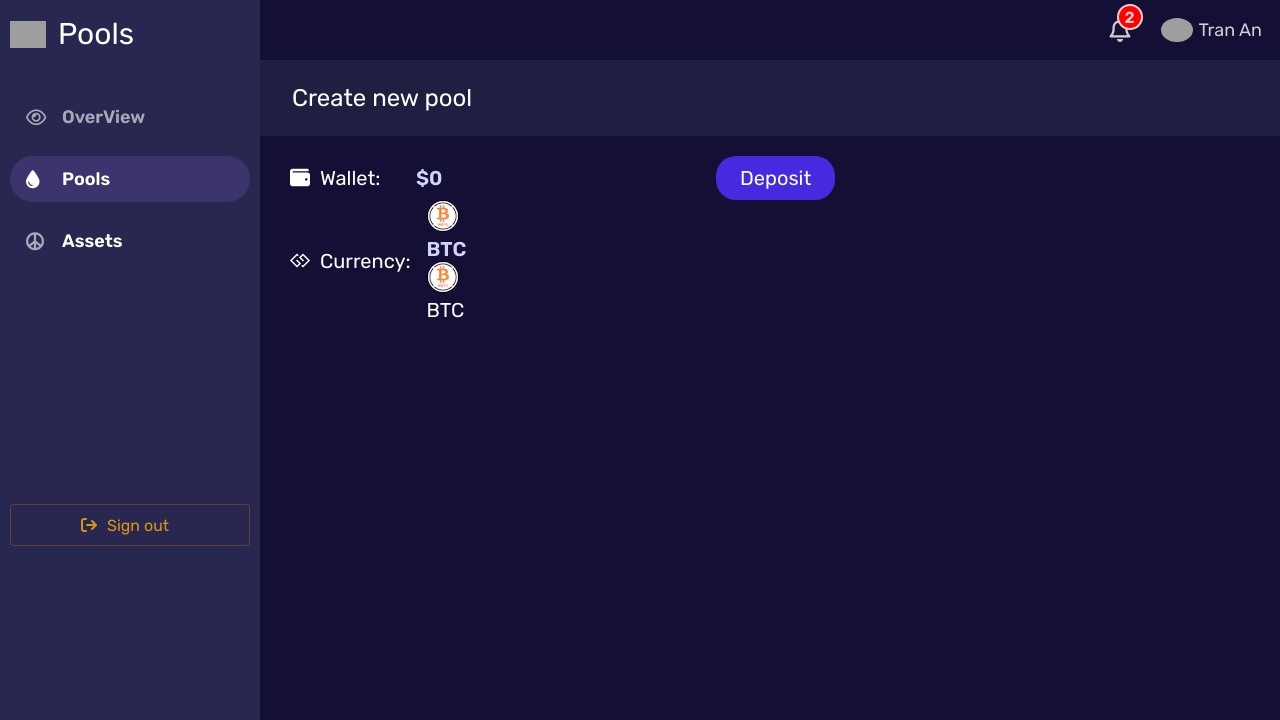
Repository: quynh232000/pools
Page: pool/create-pool.html
The author's editor kept a copy of each file at every save. The page is drawn from the files as they stood at one save, then again after the next save.
The browser window is 1280 px wide. The pictures show the whole page.
Pictures or frames that could not be fetched are drawn as grey boxes.

Above is the page before, as saved 2023-07-14 00:30:38.

After the next save:
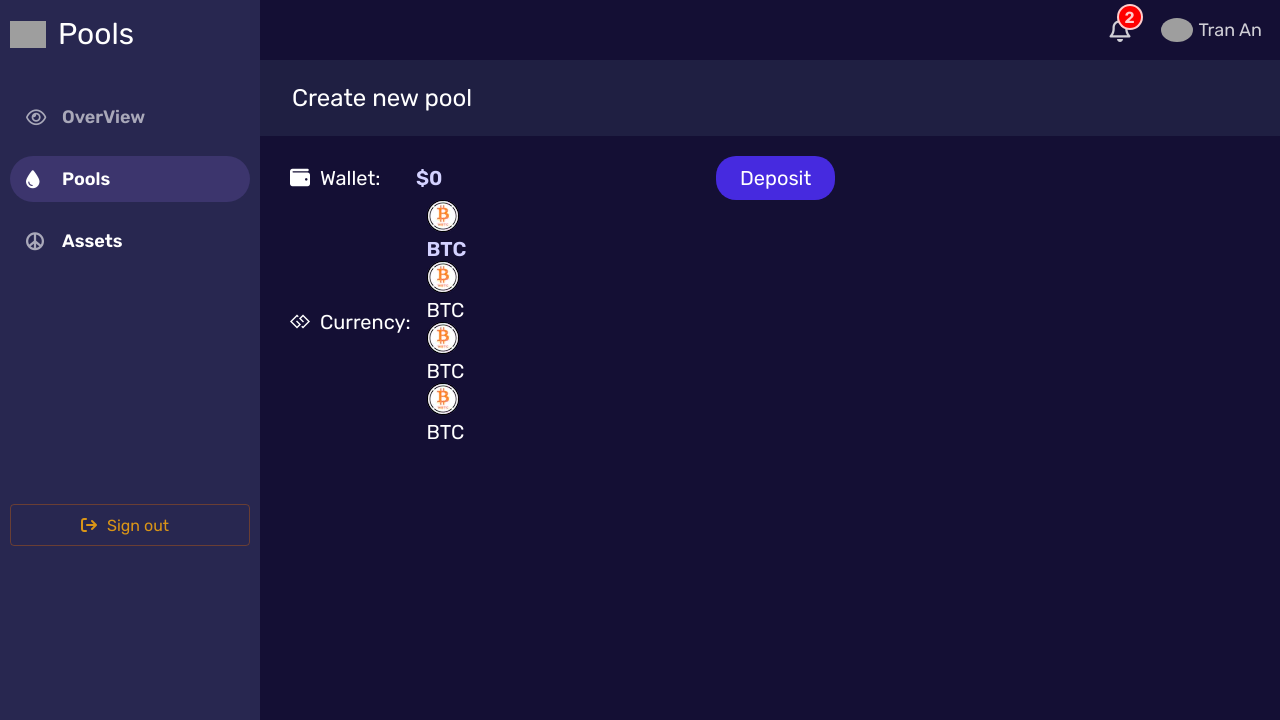
Saved 6 s later.
--- a/pool/create-pool.html
+++ b/pool/create-pool.html
@@ -82,6 +82,14 @@
                   <img src="../src/img/btc.png" alt="" />
                   <div class="type-money-name">BTC</div>
                 </div>
+                <div class="type-money-item">
+                  <img src="../src/img/btc.png" alt="" />
+                  <div class="type-money-name">BTC</div>
+                </div>
+                <div class="type-money-item">
+                  <img src="../src/img/btc.png" alt="" />
+                  <div class="type-money-name">BTC</div>
+                </div>
               </div>
             </div>
           </div>
